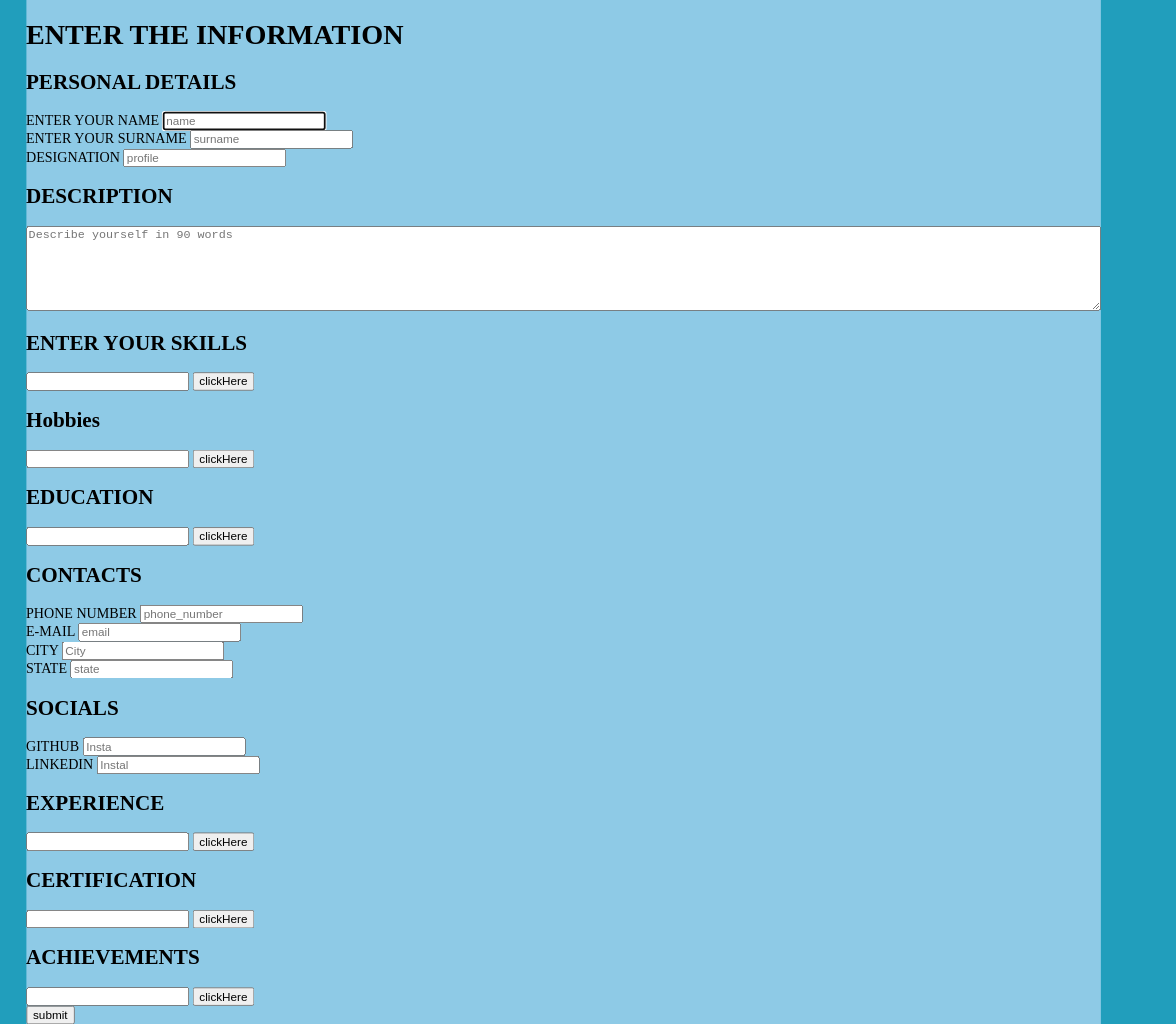
Repository: S-I-D-D-H/sync
Page: http://localhost/resume_builder/ind
The author's editor kept a copy of each file at every save. The page is drawn from the files as they stood at one save, then again after the next save.
The browser window is 1280 px wide. The page is 1280 px wide, then 1336 px, then 1280 px, so the pictures cover 1336 px, including what lies to the right of the window. The pictures show the whole page, at 88% of full size.
The page is served by Tomcat 9.

Above is the page before, as saved 2023-09-03 08:30:53.

After the next save:
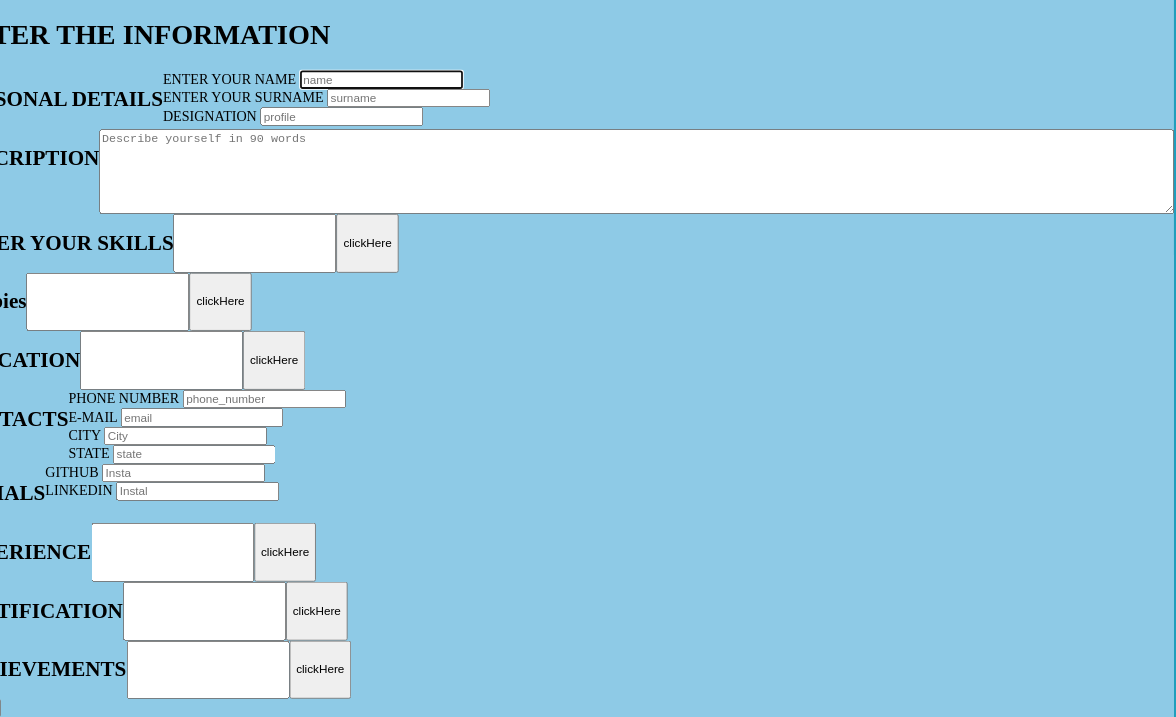
Saved 48 s later.
--- a/ressumebuilder/resume_builder/src/main/webapp/WEB-INF/VIEWS/form.jsp
+++ b/ressumebuilder/resume_builder/src/main/webapp/WEB-INF/VIEWS/form.jsp
@@ -22,7 +22,11 @@
 {
   background-color: #8ecae6;
 }
-
+.form-group
+{
+   display: flex;
+   flex-direction: row;
+}
 
 </style>
         <script language="javascript" type="text/javascript" >

After the save that followed:
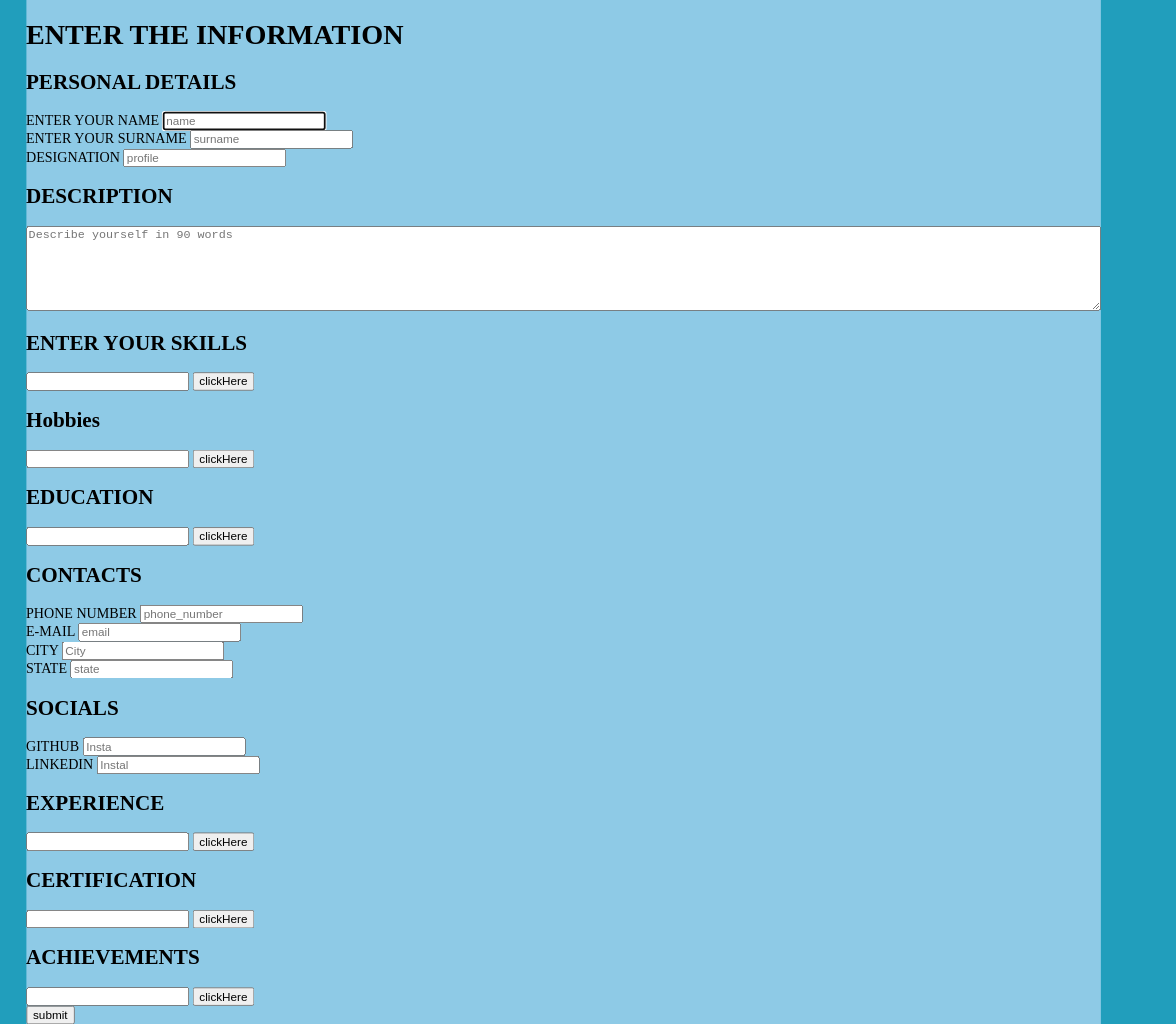
Saved 12 s later.
--- a/ressumebuilder/resume_builder/src/main/webapp/WEB-INF/VIEWS/form.jsp
+++ b/ressumebuilder/resume_builder/src/main/webapp/WEB-INF/VIEWS/form.jsp
@@ -24,8 +24,7 @@
 }
 .form-group
 {
-   display: flex;
-   flex-direction: row;
+
 }
 
 </style>
